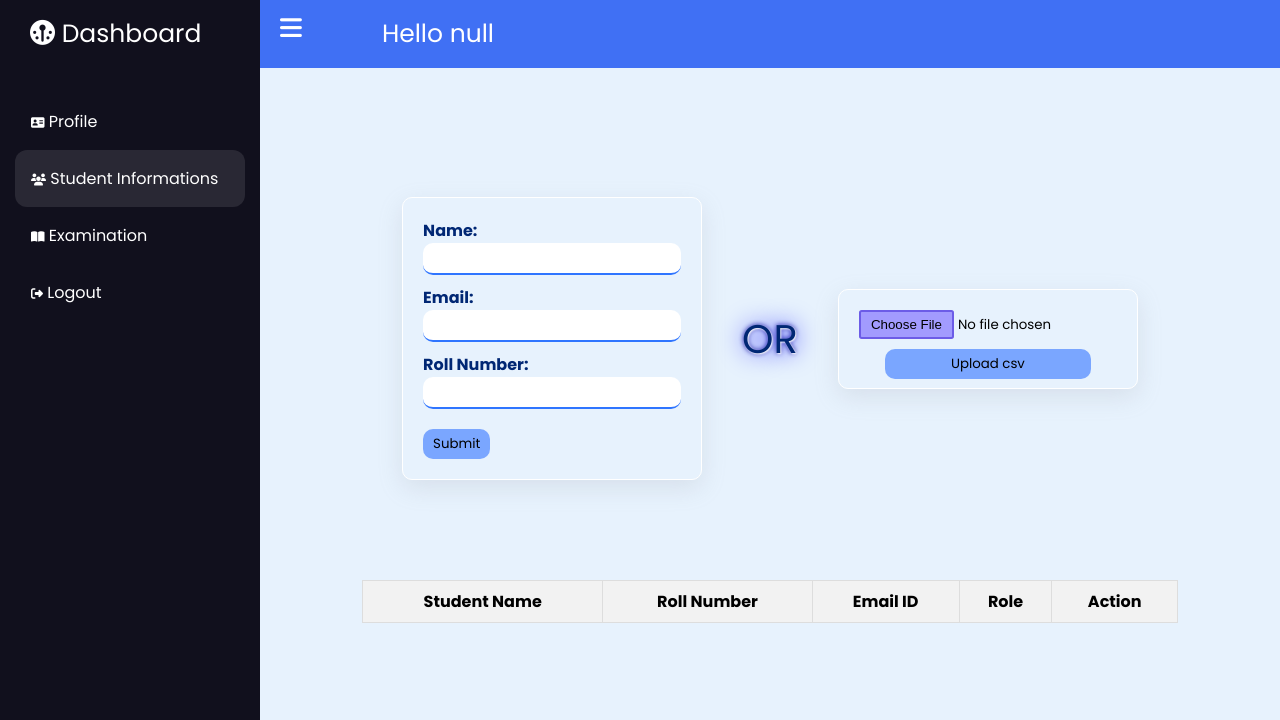
Repository: Buddhadip/ExamPortalApp_struts
Page: http://localhost/ExamWizard/WEB-INF/views/addStudent.jsp
An editor plug-in stored every save of this project. The page is shown before and after the next save, followed by the edit.
The browser window is 1280 px wide. The pictures show the whole page.
The page is served by Tomcat 9. Nobody is signed in. The template is opened directly, without the code that normally fills it, so the values that code supplies are empty.

Above is the page before, as saved 2023-07-14 11:34:37.

After the next save:
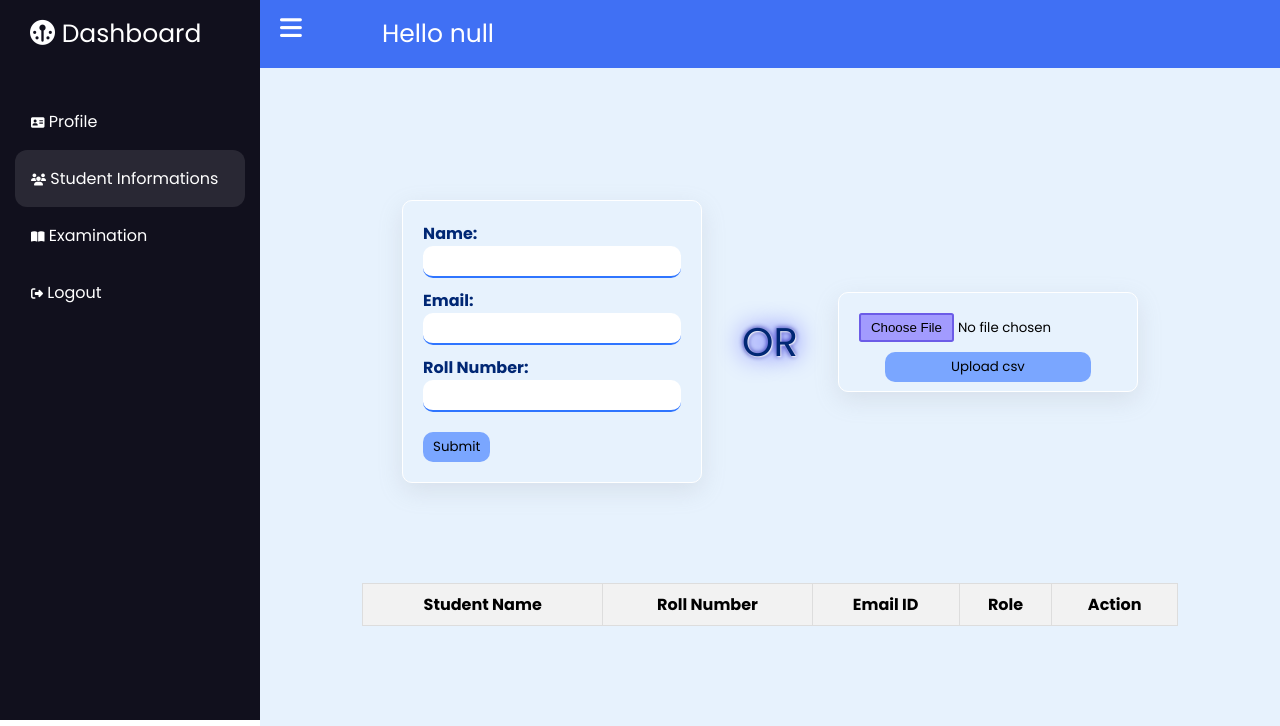
Saved 71 s later.
--- a/ExamWizard/src/main/webapp/public/styles/adminHome.css
+++ b/ExamWizard/src/main/webapp/public/styles/adminHome.css
@@ -122,7 +122,7 @@
   display: flex;
   align-items: center;
   justify-content: center;
-  height: 100vh;
+  height: auto;
   z-index: 100;
   background: #e7f2fd;
   flex-direction:column;
